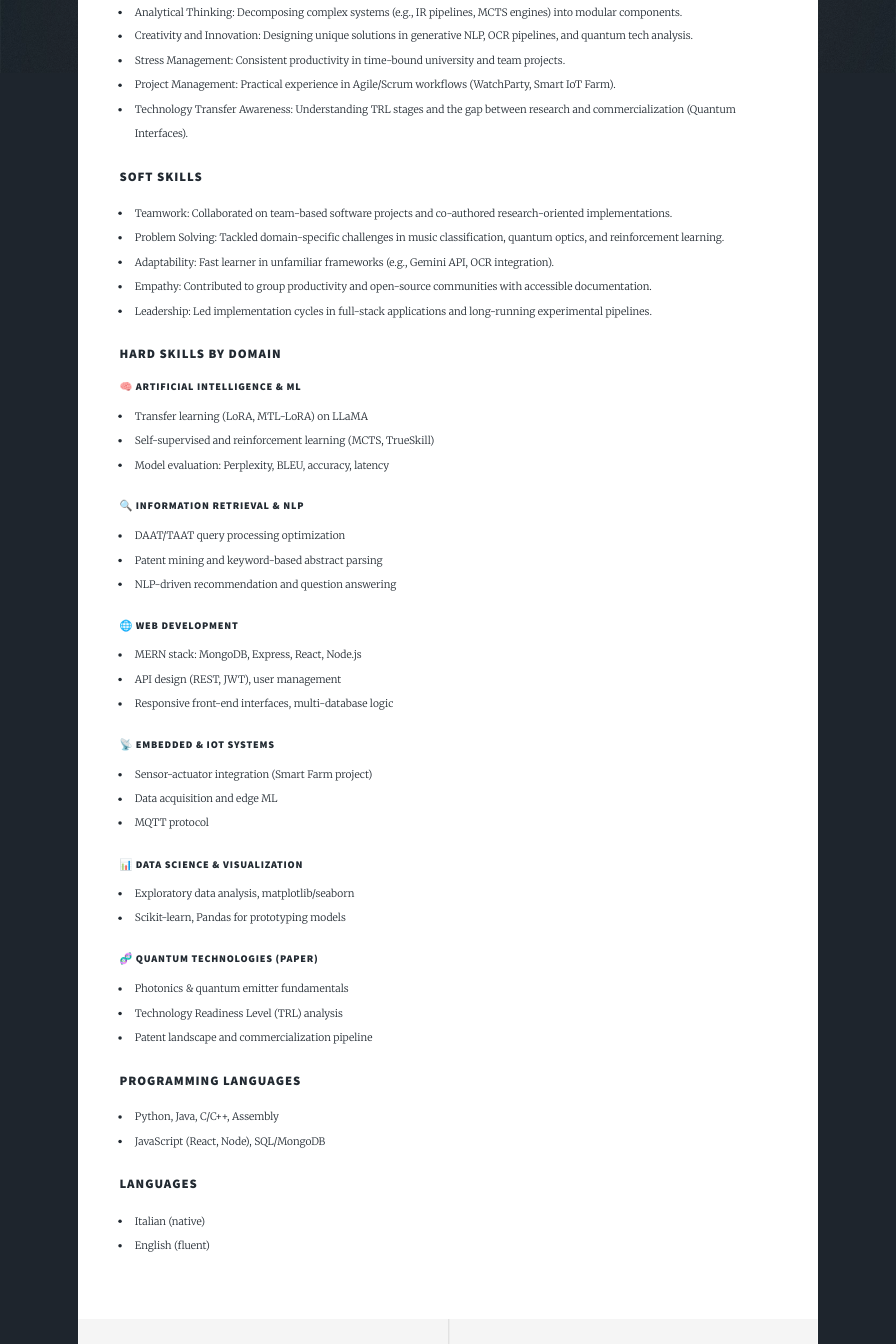
Repository: Vittori00/vittori00.github.io
Page: generic.html
These files come from the project's save history. The page is drawn as it stood at one moment and after a run of saves; the edit follows.
The browser window is 1280 px wide. The pictures show the part of the page from y = 616 to 2536 px (the page is 3231 px tall), at 70% of full size.

Above is the page before, as saved 2025-07-10 12:35:28.

After the next 6 saves:
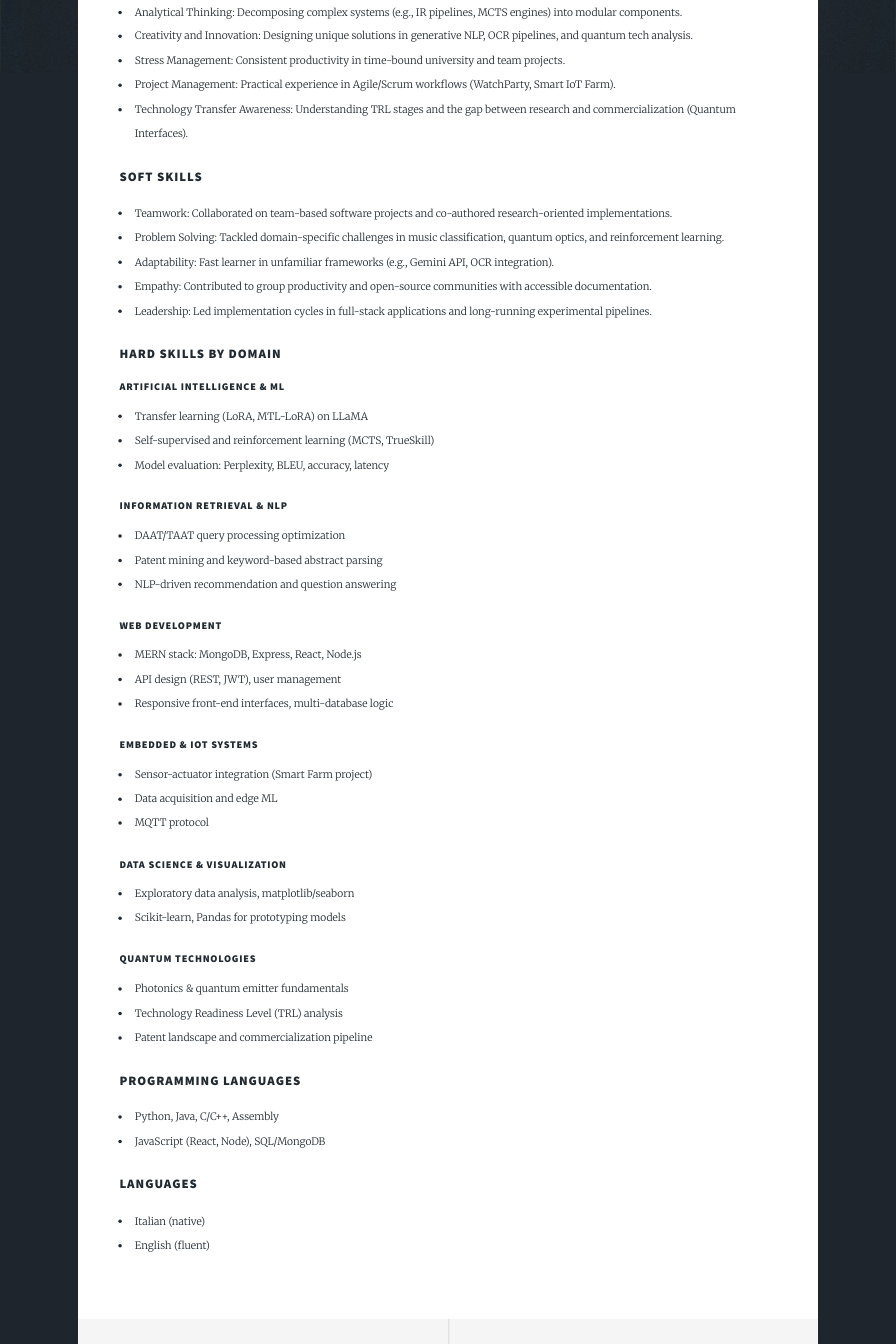
The 6 saves are shown as one change because they came seconds apart.
The last was saved 3 min 52 s later.
--- a/generic.html
+++ b/generic.html
@@ -82,41 +82,41 @@
 
 				<h3>Hard Skills by Domain</h3>
 
-				<h4>🧠 Artificial Intelligence & ML</h4>
+				<h4>Artificial Intelligence & ML</h4>
 				<ul>
 					<li>Transfer learning (LoRA, MTL-LoRA) on LLaMA</li>
 					<li>Self-supervised and reinforcement learning (MCTS, TrueSkill)</li>
 					<li>Model evaluation: Perplexity, BLEU, accuracy, latency</li>
 				</ul>
 
-				<h4>🔍 Information Retrieval & NLP</h4>
+				<h4>Information Retrieval & NLP</h4>
 				<ul>
 					<li>DAAT/TAAT query processing optimization</li>
 					<li>Patent mining and keyword-based abstract parsing</li>
 					<li>NLP-driven recommendation and question answering</li>
 				</ul>
 
-				<h4>🌐 Web Development</h4>
+				<h4>Web Development</h4>
 				<ul>
 					<li>MERN stack: MongoDB, Express, React, Node.js</li>
 					<li>API design (REST, JWT), user management</li>
 					<li>Responsive front-end interfaces, multi-database logic</li>
 				</ul>
 
-				<h4>📡 Embedded & IoT Systems</h4>
+				<h4>Embedded & IoT Systems</h4>
 				<ul>
 					<li>Sensor-actuator integration (Smart Farm project)</li>
 					<li>Data acquisition and edge ML</li>
 					<li>MQTT protocol</li>
 				</ul>
 
-				<h4>📊 Data Science & Visualization</h4>
+				<h4>Data Science & Visualization</h4>
 				<ul>
 					<li>Exploratory data analysis, matplotlib/seaborn</li>
 					<li>Scikit-learn, Pandas for prototyping models</li>
 				</ul>
 
-				<h4>🧬 Quantum Technologies (Paper)</h4>
+				<h4>Quantum Technologies</h4>
 				<ul>
 					<li>Photonics & quantum emitter fundamentals</li>
 					<li>Technology Readiness Level (TRL) analysis</li>
